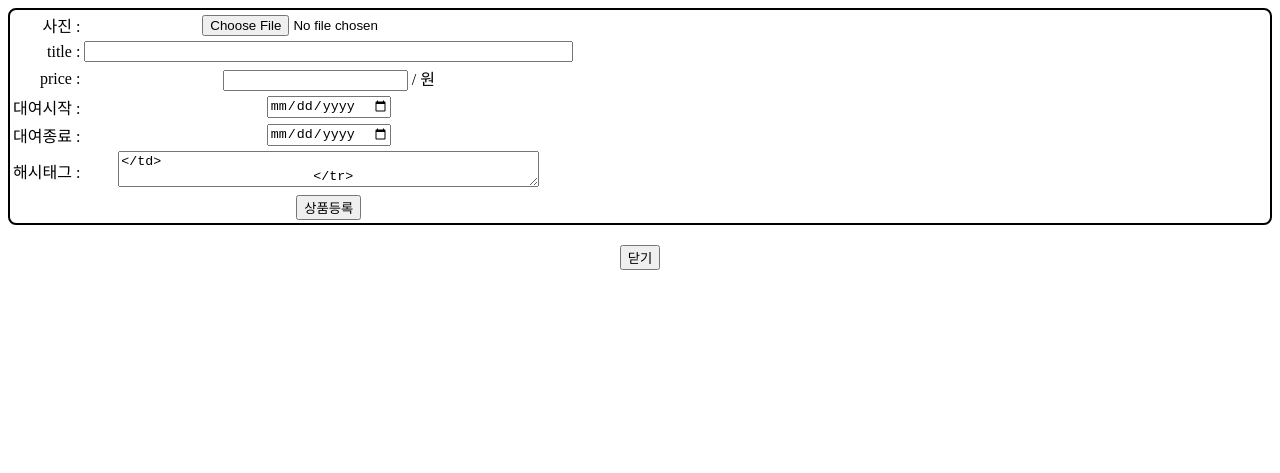
Repository: heebedev/TheJoeun_JSP
Page: http://localhost/TeamProject_05/prdCheck.jsp
These files come from the project's save history. The page is drawn as it stood at one moment and after the next save; the edit follows.
The browser window is 1280 px wide. The pictures show the whole page.
The page is served by Tomcat 9. The template is opened directly, without the code that normally fills it, so the values that code supplies are empty.

Above is the page before, as saved 2020-06-19 08:24:39.

After the next save:
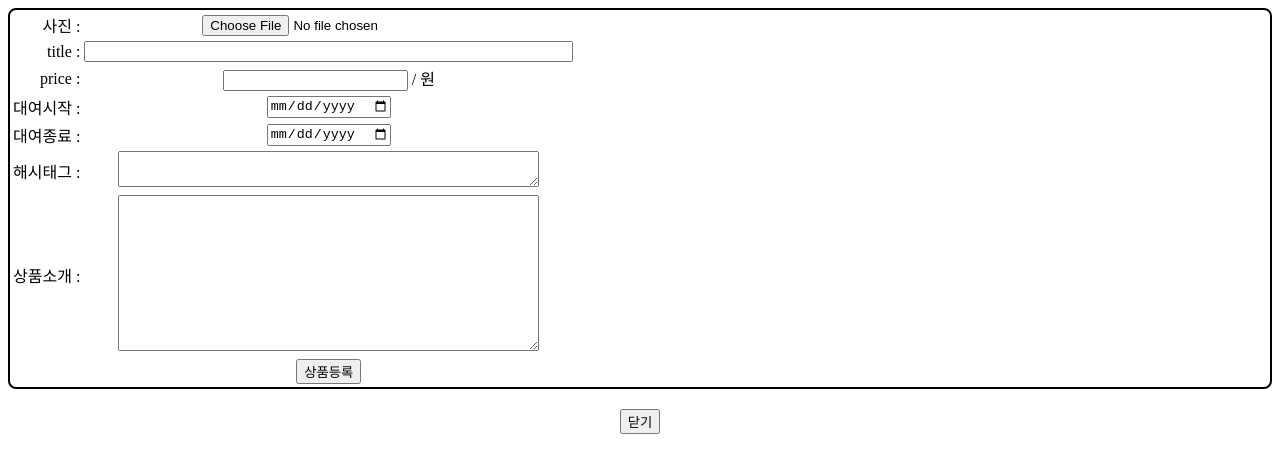
Saved 5 s later.
--- a/TeamProject_05/WebContent/prdCheck.jsp
+++ b/TeamProject_05/WebContent/prdCheck.jsp
@@ -88,7 +88,7 @@
 			</tr>
 			<tr>
 				<td style="text-align: right;">해시태그 :</td>
-				<td> <textarea rows="2" cols="50" name="hash" id="hash" </textarea></td>
+				<td> <textarea rows="2" cols="50" name="hash" id="hash" ></textarea></td>
 			</tr>
 
 			<tr>
